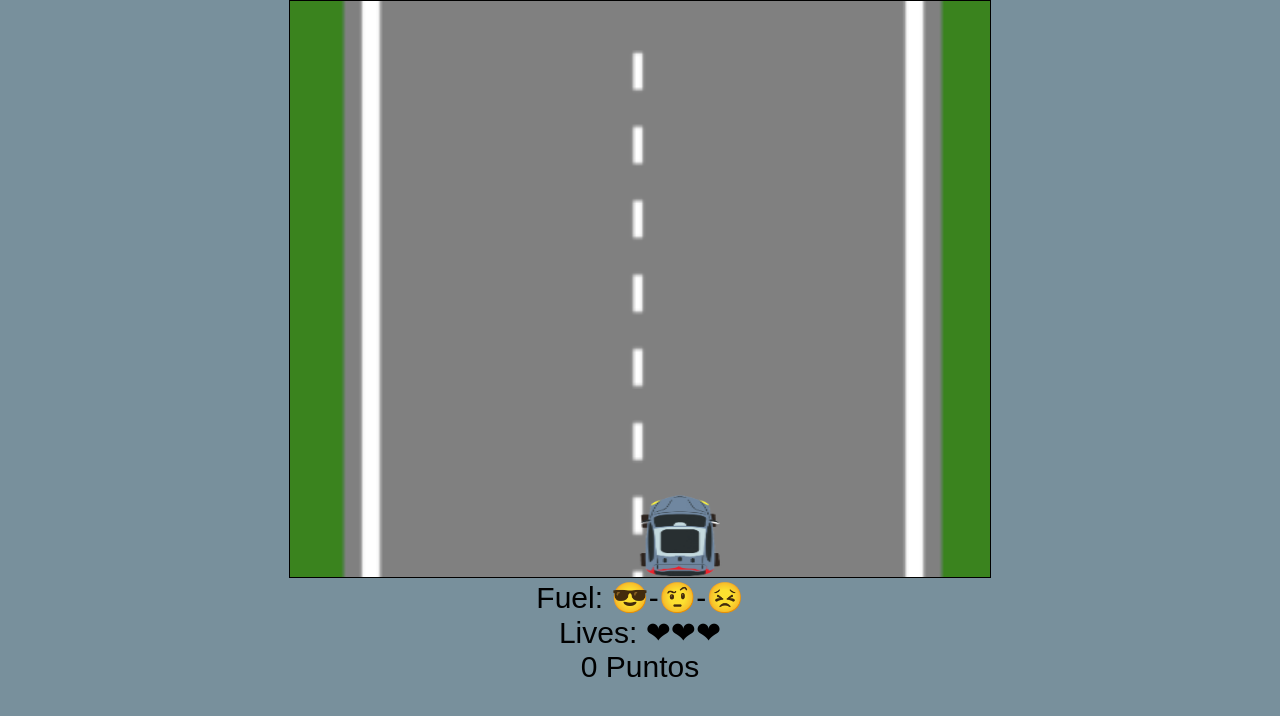
Repository: ChristianGecchelin/ironCarGame
Page: canvas.html
An editor plug-in stored every save of this project. The page is shown before and after the next save, followed by the edit.
The browser window is 1280 px wide. The pictures show the whole page.

Above is the page before, as saved 2022-06-14 17:15:56.

### canvas.html
<!DOCTYPE html>
<html lang="en">
  <head>
    <meta charset="UTF-8" />
    <meta http-equiv="X-UA-Compatible" content="IE=edge" />
    <meta name="viewport" content="width=device-width, initial-scale=1.0" />
    <title>Canvas</title>
    <link rel="stylesheet" href="./styles/style.css" />
  </head>
  <body>
    <div class="flex">
      <canvas id="canvas" height="700" width="500"> </canvas>
      <div class="info"></div>
    </div>
    <script src="./src/road.js"></script>
    <script src="./src/coche.js"></script>
    <script src="./src/info.js"></script>
    <script src="./src/index.js"></script>
  </body>
</html>

### styles/style.css
* {
  padding: 0;
  margin: 0;
  text-align: center;
  font-family: sans-serif;
}
body {
  background-color: #78909c;
}
.game-intro {
  display: flex;
  flex-direction: column;
  justify-content: center;
  align-items: center;
  padding: 0% 10%;
  height: 100vh;
}
.flex {
  display: flex;
  flex-direction: column;
  justify-content: center;
  align-items: center;
}
canvas {
  height: 80vh;
  width: 700px;
  background-image: url("../images/road.png");
  background-size: cover;
  background-repeat: no-repeat;
}
.info {
  display: flex;
  flex-direction: column;
  align-items: center;
  justify-content: center;
  height: 15vh;
  width: 700px;
}
.information {
  width: 100%;
  font-size: 30px;
  margin: 0;
}

.game-intro p {
  font-size: 18px;
  font-family: "Verdana";
}

.logo-img {
  width: 350px;
}

.arrows-img {
  width: 150px;
}

body button {
  font-size: 30px;
  background-color: #c42830;
  color: #fff;
  padding: 20px 40px;
  border: 0;
  box-shadow: 0;
  border-radius: 5px;
  cursor: pointer;
  margin-bottom: 20px;
}

.button {
  font-size: 30px;
  background-color: #870007;
  color: #fff;
  padding: 20px 40px;
  border: 0;
  box-shadow: 0;
  border-radius: 5px;
  cursor: pointer;
  margin-bottom: 20px;
}

#game-board {
  float: left;
  padding: 20px 0px;
  display: flex;
  flex-direction: column;
  justify-content: center;
}

#endScreen {
  font-family: Verdana, Geneva, Tahoma, sans-serif;
  width: 500px;
  background-color: white;
  border: 1px solid black;
}

#canvas {
  border: 1px solid black;
}

#endScreen {
  position: absolute;
}

.redText {
  color: red;
  font-weight: bolder;
}

#placeHolderImg {
  width: 500px;
  height: 700px;
  position: absolute;
  display: none;
  background-image: url("./../images/road2.png");
  background-repeat: no-repeat;
  background-size: 500px 700px;
}

.divInstructions {
  margin: 0 auto;
  width: 50%;
  border: 1px solid black;
  margin-bottom: 20px;
  padding: 20px 20px;
}

/* Class preventing pointer events while moving the car */
.noPointers {
  pointer-events: none;
  -webkit-user-select: none;
  -moz-user-select: none;
  -ms-user-select: none;
  user-select: none;
}

### src/road.js
let image = new Image();
image.src = "../images/road.png";
const backgroundImage = {
  img: image,
  y: 1000,
  speed: -1,

  move: function () {
    this.y -= this.speed;
    this.y %= canvas.height;
  },

  draw: function () {
    ctx.drawImage(this.img, 0, 0, 500, 700);
    /* if (this.speed < 0) {
      ctx.drawImage(this.img, 0, this.y - canvas.height, 500, 700);
    } else {
      ctx.drawImage(this.img, 0, this.y + canvas.height, 500, 700);
    } */
  },
};

### src/coche.js
class Objeto {
  constructor(x, y, ancho, alto, imagen, ctx) {
    this.x = x;
    this.y = y;
    this.ancho = ancho;
    this.alto = alto;
    this.imagen = imagen;
    this.ctx = ctx;
    this.step = 7;
    this.points = 0;
  }
  dibujar() {
    ctx.drawImage(this.imagen, this.x, this.y, this.ancho, this.alto);
  }

  borrar() {
    ctx.clearRect(this.x, this.y, this.ancho, this.alto);
  }
  detectarColision(objeto) {
    if (
      this.x < objeto.x + objeto.ancho &&
      this.x + this.ancho > objeto.x &&
      this.y < objeto.y + objeto.alto &&
      this.alto + this.y > objeto.y
    ) {
      console.log(points);
      this.points += 100;
      console.log(points);
    }
  }
}

/* class Player extends Objeto {
  constructor(x, y, ancho, alto, imagen, ctx, lives, fuel) {
    super(x, y, ancho, alto, imagen, ctx);
    this.step = Objeto.step + 2;
    this.lives = lives;
    this.fuel = fuel;
  }
  dibujar() {
    ctx.globalCompositeOperation = "source-over";
    ctx.drawImage(this.imagen, this.x, this.y, this.ancho, this.alto);
  }
} */
/* class BossEnemy {
  constructor(x, y, ancho, alto, imagen, ctx) {
    super(x, y, ancho, alto, imagen, ctx);
  }
  movimiento() {
    this.borrar();
    this.x = this.x - this.step;
    this.dibujar();
    this.borrar();
    this.x = this.x + this.step;
    this.dibujar();
  }
} */

### src/info.js
let points = 0;
let info = document.querySelector(".info");
let fuel = document.createElement("p");
fuel.setAttribute("class", "information");
info.appendChild(fuel);
let lives = document.createElement("p");
lives.setAttribute("class", "information");
info.appendChild(lives);
let puntuacion = document.createElement("p");
puntuacion.setAttribute("class", "information");
info.appendChild(puntuacion);
fuel.innerText = "Fuel: 😎-🤨-😣";
lives.innerText = "Lives: ❤❤❤";
puntuacion.innerText = `${points} Puntos`;

### src/index.js
const canvas = document.querySelector("#canvas");
const ctx = canvas.getContext("2d");
let enemies = [];

let cochePlayer = new Image();
cochePlayer.src = "../images/car.png";

const player = new Objeto(250, 600, 60, 100, cochePlayer, ctx);

let enemyImage = new Image();
enemyImage.src = "../images/car2.png";

const jugar = () => {
  for (let enemy of enemies) {
    enemy.borrar();
    enemy.y += enemy.step;
    enemy.dibujar();
    player.detectarColision(enemy);
  }
};

const createEnemies = () => {
  const enemy = new Objeto(
    Math.floor(Math.random() * (400 - 50) + 50),
    0,
    60,
    100,
    enemyImage,
    ctx
  );
  enemies.push(enemy);
};

const cargaInicial = () => {
  player.dibujar();
  setInterval(jugar, 50);
  setInterval(createEnemies, 5000);
};

const moverPlayer = (e) => {
  player.borrar();
  if (e.key === "ArrowLeft" && player.x > 50) {
    player.x -= player.step;
  }
  if (e.key === "ArrowRight" && player.x < 400) {
    player.x += player.step;
  }
  if (e.key === "ArrowUp" && player.y > 0) {
    player.y -= player.step;
  }
  if (e.key === "ArrowDown" && player.y < 600) {
    player.y += player.step;
  }
  player.dibujar();
};

window.addEventListener("load", cargaInicial);
document.addEventListener("keydown", moverPlayer);

After the next save:
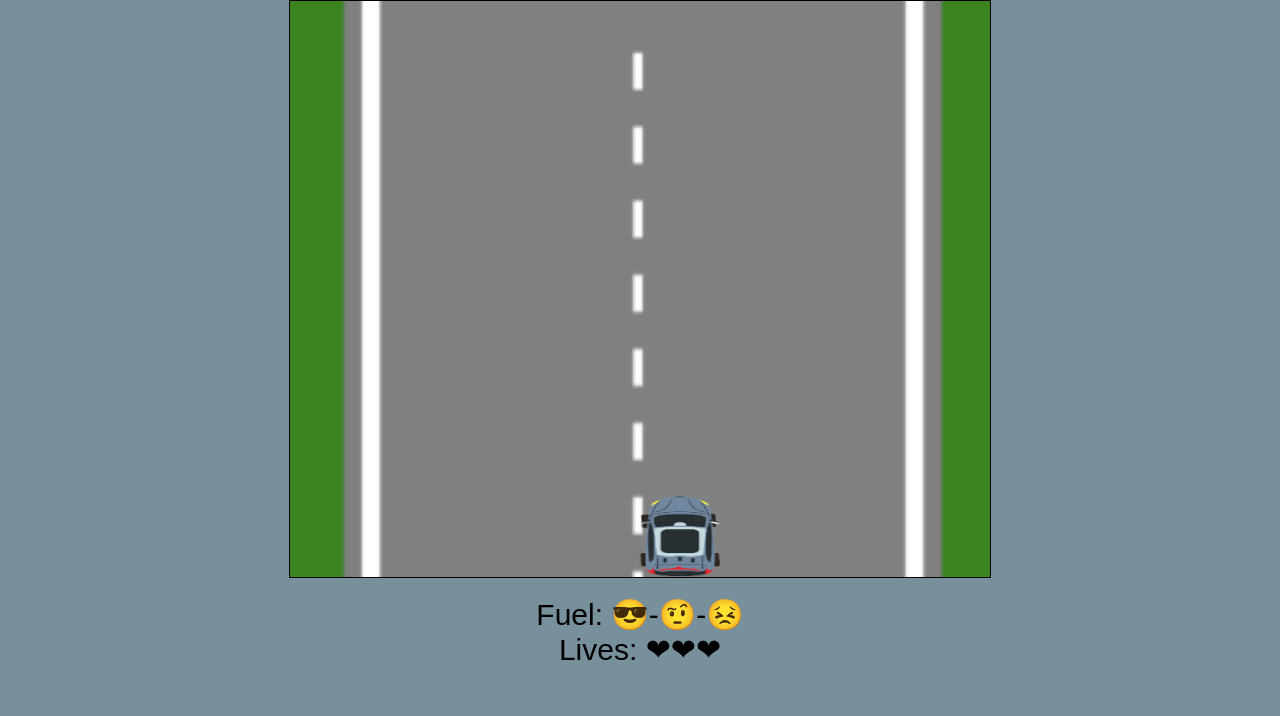
Console error: ReferenceError: player is not defined
Saved 10 s later.
--- a/src/info.js
+++ b/src/info.js
@@ -11,4 +11,4 @@
 info.appendChild(puntuacion);
 fuel.innerText = "Fuel: 😎-🤨-😣";
 lives.innerText = "Lives: ❤❤❤";
-puntuacion.innerText = `${points} Puntos`;
+puntuacion.innerText = `${player.points} Puntos`;

After the 4 saves that followed:
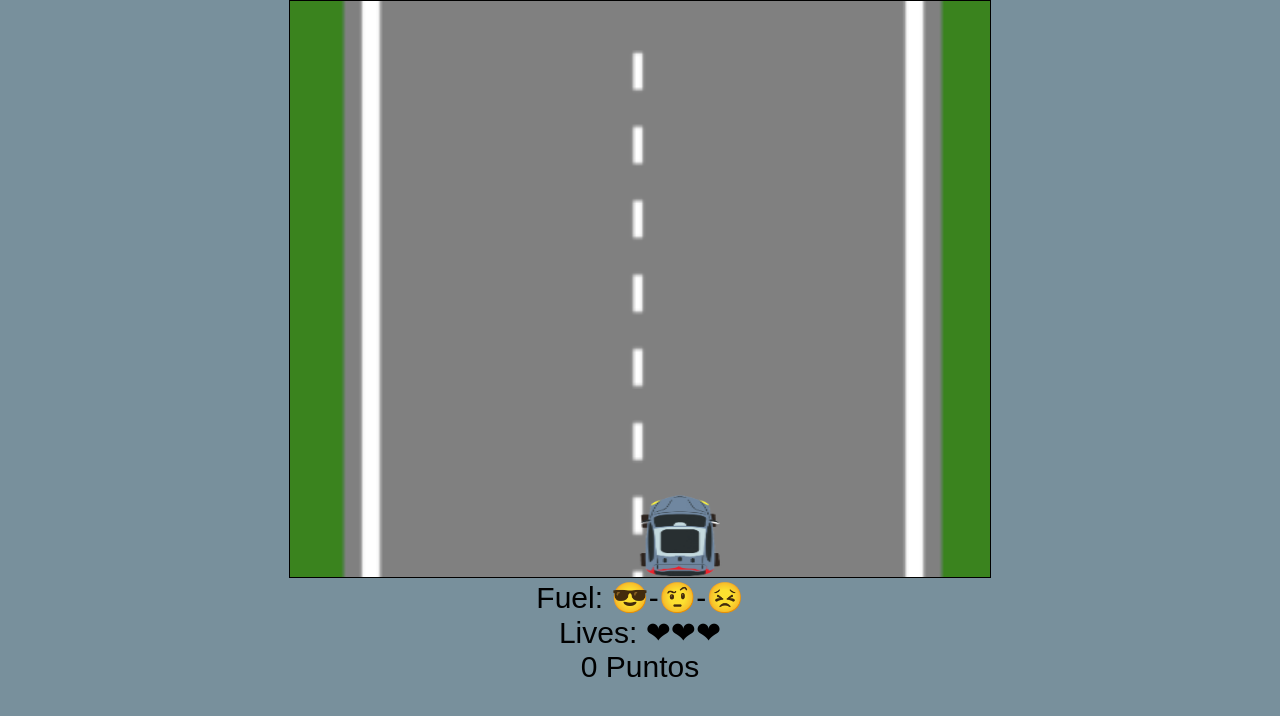
The error is gone.
The 4 saves are shown as one change because 3 left the picture as it was.
The last was saved 3 min 3 s later.
--- a/src/coche.js
+++ b/src/coche.js
@@ -25,6 +25,7 @@ class Objeto {
     ) {
       console.log(points);
       this.points += 100;
+      puntuacion.innerText = `${player.points} Puntos`;
       console.log(points);
     }
   }
--- a/src/info.js
+++ b/src/info.js
@@ -11,4 +11,4 @@
 info.appendChild(puntuacion);
 fuel.innerText = "Fuel: 😎-🤨-😣";
 lives.innerText = "Lives: ❤❤❤";
-puntuacion.innerText = `${player.points} Puntos`;
+puntuacion.innerText = `${points} Puntos`;
